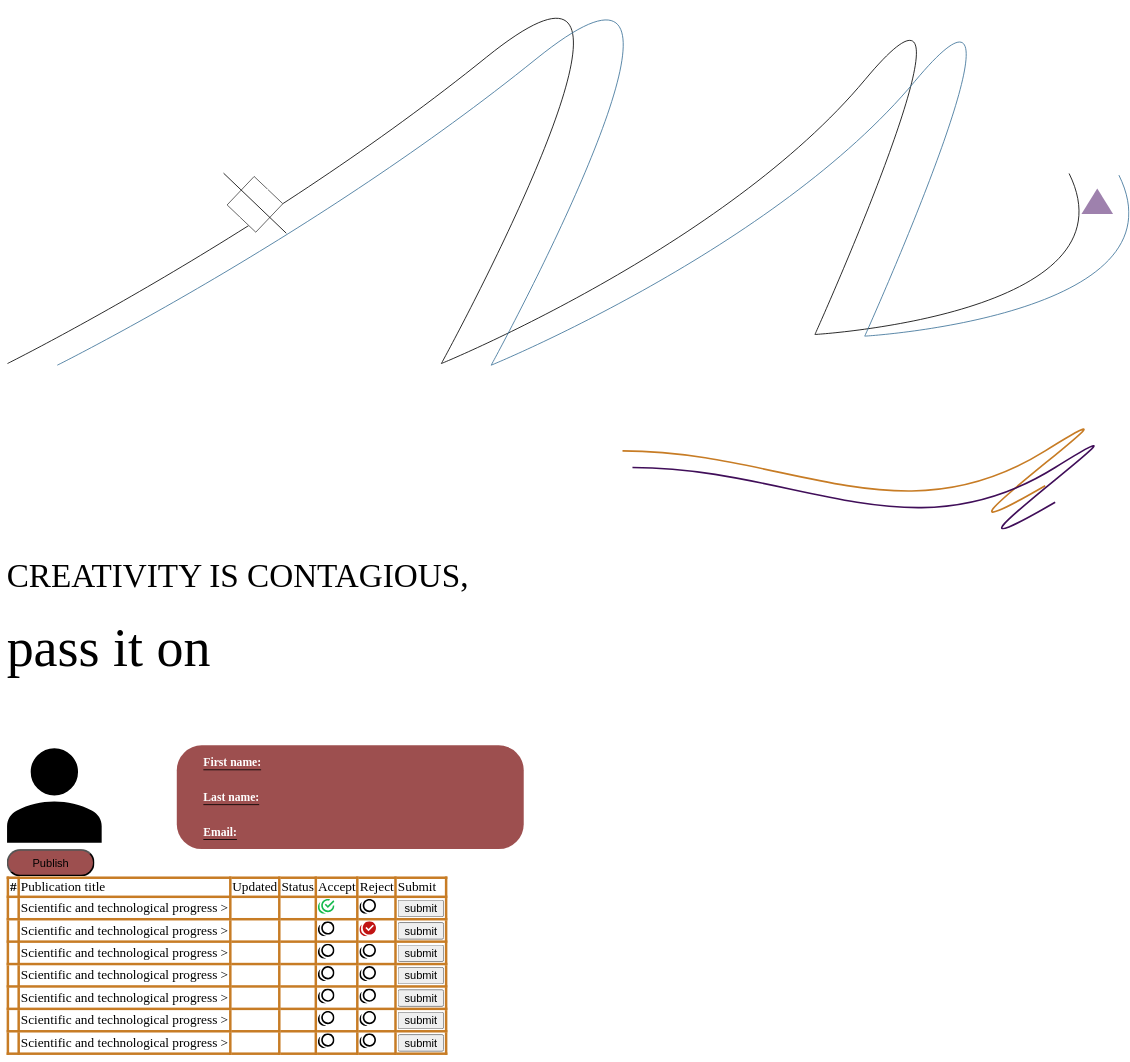
Repository: ceo-of-albeni/articles
Page: /
These files come from the project's save history. The page is drawn as it stood at one moment and after the next save; the edit follows.
The browser window is 1280 px wide. The page is 1361 px wide, so the pictures cover 1361 px, including what lies to the right of the window. The pictures show the whole page, at 83% of full size.
The project was rebuilt for these pictures with package versions that can differ from the ones it lists, and the page was loaded fresh each time.

Above is the page before, as saved 2023-05-14 22:33:58.

### public/index.html
<!DOCTYPE html>
<html lang="en">
  <head>
    <meta charset="UTF-8" />
    <meta http-equiv="X-UA-Compatible" content="IE=edge" />
    <meta name="viewport" content="width=device-width, initial-scale=1.0" />
    <link rel="icon" href="%PUBLIC_URL%/favicon.ico" />
    <title>Scientist's room</title>
  </head>
  <body>
    <div id="root"></div>
  </body>
</html>

### src/reviewer's profil/reveiwer.jsx
import "./reviewer.css";

export default function Reviewer() {
    return (
        <>
            <section className="reviewer_section container">
                <div className="bgi">
                    <svg width="1353" height="630" viewBox="0 0 1353 630" fill="none" xmlns="http://www.w3.org/2000/svg">
                        <path d="M742 535.27C940.883 535.27 1077.34 644.011 1251.27 535.27C1425.2 426.529 1042.09 698.385 1251.27 577.171" stroke="#C77C25" stroke-width="2"/>
                        <path d="M754 555.27C952.883 555.27 1089.34 664.011 1263.27 555.27C1437.2 446.529 1054.09 718.385 1263.27 597.171" stroke="#400E59" stroke-width="2"/>
                        <path d="M1 430C1 430 313.424 274.515 577.902 61.0347C842.38 -152.445 523.769 430 523.769 430C523.769 430 865.58 290.013 1034.17 88.0322C1202.75 -113.949 973.846 395.003 973.846 395.003C973.846 395.003 1364.38 371.505 1280.08 201.022" stroke="black"/>
                        <path d="M61 432C61 432 373.424 276.515 637.902 63.0347C902.38 -150.445 583.769 432 583.769 432C583.769 432 925.58 292.013 1094.17 90.0322C1262.75 -111.949 1033.85 397.003 1033.85 397.003C1033.85 397.003 1424.38 373.505 1340.08 203.022" stroke="#3B7197"/>
                        <path d="M1314 219L1333.05 249.75H1294.95L1314 219Z" fill="#9E81AD"/>
                        <rect x="298.204" y="203.912" width="48.6728" height="48.2995" transform="rotate(43.5521 298.204 203.912)" fill="white"/>
                        <rect x="298.221" y="204.619" width="47.6728" height="47.2995" transform="rotate(43.5521 298.221 204.619)" stroke="black" stroke-opacity="0.68"/>
                        <line x1="333.354" y1="201.354" x2="259.354" y2="275.354" stroke="white"/>
                        <line x1="261.346" y1="200.639" x2="336.951" y2="272.998" stroke="black"/>
                    </svg>
                </div>
                <div className="reviewer_thema">
                    <p className="upper ">CREATIVITY IS CONTAGIOUS,<p className="lower">pass it on</p></p>
                </div>
                <div className="reviewer_user">
                    <div className="user_logo">
                        <svg width="115" height="115" viewBox="0 0 115 115" fill="none" xmlns="http://www.w3.org/2000/svg">
                        <path d="M57.5 57.5C49.6625 57.5 42.9531 54.7094 37.3719 49.1281C31.7906 43.5469 29 36.8375 29 29C29 21.1625 31.7906 14.4531 37.3719 8.87188C42.9531 3.29063 49.6625 0.5 57.5 0.5C65.3375 0.5 72.0469 3.29063 77.6281 8.87188C83.2094 14.4531 86 21.1625 86 29C86 36.8375 83.2094 43.5469 77.6281 49.1281C72.0469 54.7094 65.3375 57.5 57.5 57.5ZM0.5 114.5V94.55C0.5 90.5125 1.54025 86.8004 3.62075 83.4136C5.70125 80.0269 8.461 77.4453 11.9 75.6688C19.2625 71.9875 26.7437 69.2254 34.3438 67.3824C41.9438 65.5394 49.6625 64.6202 57.5 64.625C65.3375 64.625 73.0563 65.5465 80.6562 67.3895C88.2562 69.2325 95.7375 71.9922 103.1 75.6688C106.544 77.45 109.306 80.034 111.386 83.4207C113.467 86.8075 114.505 90.5173 114.5 94.55V114.5H0.5Z" fill="black"/>
                        </svg>
                    </div>
                    <div className="user_data">
                        <p>First name:</p>
                        <p>Last name:</p>
                        <p>Email:</p>
                    </div>
                </div>
                <div className="button_publish">
                    <button>
                        Publish
                    </button>
                </div>
                <div className="table">
                    <table>
                        <tr>
                            <th>#</th>
                            <td>Publication title </td>
                            <td>Updated</td>
                            <td>Status</td>
                            <td>Accept</td>
                            <td>Reject</td>
                            <td>Submit</td>
                        </tr>
                        <tr>
                            <td></td>
                            <td>Scientific and technological progress &gt; </td>
                            <td></td>
                            <td></td>
                            <td>
                                <svg width="20" height="18" viewBox="0 0 20 18" fill="none" xmlns="http://www.w3.org/2000/svg">
                                    <path d="M12 0C9.87827 0 7.84344 0.842855 6.34315 2.34315C4.84285 3.84344 4 5.87827 4 8C4 10.1217 4.84285 12.1566 6.34315 13.6569C7.84344 15.1571 9.87827 16 12 16C14.1217 16 16.1566 15.1571 17.6569 13.6569C19.1571 12.1566 20 10.1217 20 8H18C18 11.32 15.32 14 12 14C10.4087 14 8.88258 13.3679 7.75736 12.2426C6.63214 11.1174 6 9.5913 6 8C6 6.4087 6.63214 4.88258 7.75736 3.75736C8.88258 2.63214 10.4087 2 12 2C12.43 2 12.86 2.05 13.27 2.14L14.88 0.54C13.96 0.18 13 0 12 0ZM18.59 1.58L12 8.17L9.62 5.79L8.21 7.21L12 11L20 3M2.93 3.82C2.01572 4.56996 1.27883 5.51305 0.772242 6.58156C0.265651 7.65006 0.00192585 8.81748 0 10C0 12.1217 0.842855 14.1566 2.34315 15.6569C3.84344 17.1571 5.87827 18 8 18C8.64 18 9.27 17.92 9.88 17.77C8.12 17.38 6.5 16.5 5.17 15.29C4.21237 14.7776 3.41174 14.015 2.85347 13.0834C2.2952 12.1517 2.00023 11.0861 2 10C2 9.7 2.03 9.41 2.07 9.11C2.03 8.74 2 8.37 2 8C2 6.56 2.32 5.13 2.93 3.82Z" fill="#16BA4E"/>
                                </svg>
                            </td>
                            <td>
                            <svg width="20" height="18" viewBox="0 0 20 18" fill="none" xmlns="http://www.w3.org/2000/svg">
                            <path d="M12 0C9.87827 0 7.84344 0.842855 6.34315 2.34315C4.84285 3.84344 4 5.87827 4 8C4 10.1217 4.84285 12.1566 6.34315 13.6569C7.84344 15.1571 9.87827 16 12 16C14.1217 16 16.1566 15.1571 17.6569 13.6569C19.1571 12.1566 20 10.1217 20 8C20 5.87827 19.1571 3.84344 17.6569 2.34315C16.1566 0.842855 14.1217 0 12 0ZM12 2C15.32 2 18 4.69 18 8C18 11.32 15.32 14 12 14C10.4087 14 8.88258 13.3679 7.75736 12.2426C6.63214 11.1174 6 9.5913 6 8C6 6.4087 6.63214 4.88258 7.75736 3.75736C8.88258 2.63214 10.4087 2 12 2ZM2.93 3.82C2.01572 4.56996 1.27883 5.51305 0.772242 6.58156C0.265651 7.65006 0.00192585 8.81748 0 10C0 12.1217 0.842855 14.1566 2.34315 15.6569C3.84344 17.1571 5.87827 18 8 18C8.64 18 9.27 17.92 9.88 17.77C8.12 17.38 6.5 16.5 5.17 15.29C4.21237 14.7776 3.41174 14.015 2.85347 13.0834C2.2952 12.1517 2.00023 11.0861 2 10C2 9.7 2.03 9.41 2.07 9.11C2.03 8.74 2 8.37 2 8C2 6.56 2.32 5.13 2.93 3.82Z" fill="black"/>
                            </svg>
                            </td>
                            <td><button>submit</button></td>
                        </tr>
                        <tr>
                            <td></td>
                            <td>Scientific and technological progress &gt;</td>
                            <td></td>
                            <td></td>
                            <td>
                                <svg width="20" height="18" viewBox="0 0 20 18" fill="none" xmlns="http://www.w3.org/2000/svg">
                                    <path d="M12 0C9.87827 0 7.84344 0.842855 6.34315 2.34315C4.84285 3.84344 4 5.87827 4 8C4 10.1217 4.84285 12.1566 6.34315 13.6569C7.84344 15.1571 9.87827 16 12 16C14.1217 16 16.1566 15.1571 17.6569 13.6569C19.1571 12.1566 20 10.1217 20 8C20 5.87827 19.1571 3.84344 17.6569 2.34315C16.1566 0.842855 14.1217 0 12 0ZM12 2C15.32 2 18 4.69 18 8C18 11.32 15.32 14 12 14C10.4087 14 8.88258 13.3679 7.75736 12.2426C6.63214 11.1174 6 9.5913 6 8C6 6.4087 6.63214 4.88258 7.75736 3.75736C8.88258 2.63214 10.4087 2 12 2ZM2.93 3.82C2.01572 4.56996 1.27883 5.51305 0.772242 6.58156C0.265651 7.65006 0.00192585 8.81748 0 10C0 12.1217 0.842855 14.1566 2.34315 15.6569C3.84344 17.1571 5.87827 18 8 18C8.64 18 9.27 17.92 9.88 17.77C8.12 17.38 6.5 16.5 5.17 15.29C4.21237 14.7776 3.41174 14.015 2.85347 13.0834C2.2952 12.1517 2.00023 11.0861 2 10C2 9.7 2.03 9.41 2.07 9.11C2.03 8.74 2 8.37 2 8C2 6.56 2.32 5.13 2.93 3.82Z" fill="black"/>
                                </svg>
                            </td>
                            <td>
                            <svg width="20" height="18" viewBox="0 0 20 18" fill="none" xmlns="http://www.w3.org/2000/svg">
                            <path d="M12 0C9.87827 0 7.84344 0.842855 6.34315 2.34315C4.84285 3.84344 4 5.87827 4 8C4 10.1217 4.84285 12.1566 6.34315 13.6569C7.84344 15.1571 9.87827 16 12 16C14.1217 16 16.1566 15.1571 17.6569 13.6569C19.1571 12.1566 20 10.1217 20 8C20 5.87827 19.1571 3.84344 17.6569 2.34315C16.1566 0.842855 14.1217 0 12 0ZM2.93 3.82C2.01572 4.56996 1.27883 5.51305 0.772242 6.58156C0.265651 7.65006 0.00192585 8.81748 0 10C0 12.1217 0.842855 14.1566 2.34315 15.6569C3.84344 17.1571 5.87827 18 8 18C8.64 18 9.27 17.92 9.88 17.77C8.12 17.38 6.5 16.5 5.17 15.29C4.21237 14.7776 3.41174 14.015 2.85347 13.0834C2.2952 12.1517 2.00023 11.0861 2 10C2 9.7 2.03 9.41 2.07 9.11C2.03 8.74 2 8.37 2 8C2 6.56 2.32 5.13 2.93 3.82ZM16.09 4.08L17.5 5.5L11 12L7.21 8.21L8.63 6.79L11 9.17" fill="#C11414"/>
                            </svg>
                            </td>
                            <td><button>submit</button></td>
                        </tr>
                        <tr>
                            <td></td>
                            <td>Scientific and technological progress &gt;</td>
                            <td></td>
                            <td></td>
                            <td>
                                <svg width="20" height="18" viewBox="0 0 20 18" fill="none" xmlns="http://www.w3.org/2000/svg">
                                <path d="M12 0C9.87827 0 7.84344 0.842855 6.34315 2.34315C4.84285 3.84344 4 5.87827 4 8C4 10.1217 4.84285 12.1566 6.34315 13.6569C7.84344 15.1571 9.87827 16 12 16C14.1217 16 16.1566 15.1571 17.6569 13.6569C19.1571 12.1566 20 10.1217 20 8C20 5.87827 19.1571 3.84344 17.6569 2.34315C16.1566 0.842855 14.1217 0 12 0ZM12 2C15.32 2 18 4.69 18 8C18 11.32 15.32 14 12 14C10.4087 14 8.88258 13.3679 7.75736 12.2426C6.63214 11.1174 6 9.5913 6 8C6 6.4087 6.63214 4.88258 7.75736 3.75736C8.88258 2.63214 10.4087 2 12 2ZM2.93 3.82C2.01572 4.56996 1.27883 5.51305 0.772242 6.58156C0.265651 7.65006 0.00192585 8.81748 0 10C0 12.1217 0.842855 14.1566 2.34315 15.6569C3.84344 17.1571 5.87827 18 8 18C8.64 18 9.27 17.92 9.88 17.77C8.12 17.38 6.5 16.5 5.17 15.29C4.21237 14.7776 3.41174 14.015 2.85347 13.0834C2.2952 12.1517 2.00023 11.0861 2 10C2 9.7 2.03 9.41 2.07 9.11C2.03 8.74 2 8.37 2 8C2 6.56 2.32 5.13 2.93 3.82Z" fill="black"/>
                                </svg>
                            </td>
                            <td>
                            <svg width="20" height="18" viewBox="0 0 20 18" fill="none" xmlns="http://www.w3.org/2000/svg">
                            <path d="M12 0C9.87827 0 7.84344 0.842855 6.34315 2.34315C4.84285 3.84344 4 5.87827 4 8C4 10.1217 4.84285 12.1566 6.34315 13.6569C7.84344 15.1571 9.87827 16 12 16C14.1217 16 16.1566 15.1571 17.6569 13.6569C19.1571 12.1566 20 10.1217 20 8C20 5.87827 19.1571 3.84344 17.6569 2.34315C16.1566 0.842855 14.1217 0 12 0ZM12 2C15.32 2 18 4.69 18 8C18 11.32 15.32 14 12 14C10.4087 14 8.88258 13.3679 7.75736 12.2426C6.63214 11.1174 6 9.5913 6 8C6 6.4087 6.63214 4.88258 7.75736 3.75736C8.88258 2.63214 10.4087 2 12 2ZM2.93 3.82C2.01572 4.56996 1.27883 5.51305 0.772242 6.58156C0.265651 7.65006 0.00192585 8.81748 0 10C0 12.1217 0.842855 14.1566 2.34315 15.6569C3.84344 17.1571 5.87827 18 8 18C8.64 18 9.27 17.92 9.88 17.77C8.12 17.38 6.5 16.5 5.17 15.29C4.21237 14.7776 3.41174 14.015 2.85347 13.0834C2.2952 12.1517 2.00023 11.0861 2 10C2 9.7 2.03 9.41 2.07 9.11C2.03 8.74 2 8.37 2 8C2 6.56 2.32 5.13 2.93 3.82Z" fill="black"/>
                            </svg>
                            </td>
                            <td><button>submit</button></td>
                        </tr>
                        <tr>
                            <td></td>
                            <td>Scientific and technological progress &gt;</td>
                            <td></td>
                            <td></td>
                            <td>
                            <svg width="20" height="18" viewBox="0 0 20 18" fill="none" xmlns="http://www.w3.org/2000/svg">
                            <path d="M12 0C9.87827 0 7.84344 0.842855 6.34315 2.34315C4.84285 3.84344 4 5.87827 4 8C4 10.1217 4.84285 12.1566 6.34315 13.6569C7.84344 15.1571 9.87827 16 12 16C14.1217 16 16.1566 15.1571 17.6569 13.6569C19.1571 12.1566 20 10.1217 20 8C20 5.87827 19.1571 3.84344 17.6569 2.34315C16.1566 0.842855 14.1217 0 12 0ZM12 2C15.32 2 18 4.69 18 8C18 11.32 15.32 14 12 14C10.4087 14 8.88258 13.3679 7.75736 12.2426C6.63214 11.1174 6 9.5913 6 8C6 6.4087 6.63214 4.88258 7.75736 3.75736C8.88258 2.63214 10.4087 2 12 2ZM2.93 3.82C2.01572 4.56996 1.27883 5.51305 0.772242 6.58156C0.265651 7.65006 0.00192585 8.81748 0 10C0 12.1217 0.842855 14.1566 2.34315 15.6569C3.84344 17.1571 5.87827 18 8 18C8.64 18 9.27 17.92 9.88 17.77C8.12 17.38 6.5 16.5 5.17 15.29C4.21237 14.7776 3.41174 14.015 2.85347 13.0834C2.2952 12.1517 2.00023 11.0861 2 10C2 9.7 2.03 9.41 2.07 9.11C2.03 8.74 2 8.37 2 8C2 6.56 2.32 5.13 2.93 3.82Z" fill="black"/>
                            </svg>
                            </td>
                            <td>
                            <svg width="20" height="18" viewBox="0 0 20 18" fill="none" xmlns="http://www.w3.org/2000/svg">
                            <path d="M12 0C9.87827 0 7.84344 0.842855 6.34315 2.34315C4.84285 3.84344 4 5.87827 4 8C4 10.1217 4.84285 12.1566 6.34315 13.6569C7.84344 15.1571 9.87827 16 12 16C14.1217 16 16.1566 15.1571 17.6569 13.6569C19.1571 12.1566 20 10.1217 20 8C20 5.87827 19.1571 3.84344 17.6569 2.34315C16.1566 0.842855 14.1217 0 12 0ZM12 2C15.32 2 18 4.69 18 8C18 11.32 15.32 14 12 14C10.4087 14 8.88258 13.3679 7.75736 12.2426C6.63214 11.1174 6 9.5913 6 8C6 6.4087 6.63214 4.88258 7.75736 3.75736C8.88258 2.63214 10.4087 2 12 2ZM2.93 3.82C2.01572 4.56996 1.27883 5.51305 0.772242 6.58156C0.265651 7.65006 0.00192585 8.81748 0 10C0 12.1217 0.842855 14.1566 2.34315 15.6569C3.84344 17.1571 5.87827 18 8 18C8.64 18 9.27 17.92 9.88 17.77C8.12 17.38 6.5 16.5 5.17 15.29C4.21237 14.7776 3.41174 14.015 2.85347 13.0834C2.2952 12.1517 2.00023 11.0861 2 10C2 9.7 2.03 9.41 2.07 9.11C2.03 8.74 2 8.37 2 8C2 6.56 2.32 5.13 2.93 3.82Z" fill="black"/>
                            </svg>
                            </td>
                            <td><button>submit</button></td>
                        </tr>
                        <tr>
                            <td></td>
                            <td>Scientific and technological progress &gt;</td>
                            <td></td>
                            <td></td>
                            <td>
                            <svg width="20" height="18" viewBox="0 0 20 18" fill="none" xmlns="http://www.w3.org/2000/svg">
                            <path d="M12 0C9.87827 0 7.84344 0.842855 6.34315 2.34315C4.84285 3.84344 4 5.87827 4 8C4 10.1217 4.84285 12.1566 6.34315 13.6569C7.84344 15.1571 9.87827 16 12 16C14.1217 16 16.1566 15.1571 17.6569 13.6569C19.1571 12.1566 20 10.1217 20 8C20 5.87827 19.1571 3.84344 17.6569 2.34315C16.1566 0.842855 14.1217 0 12 0ZM12 2C15.32 2 18 4.69 18 8C18 11.32 15.32 14 12 14C10.4087 14 8.88258 13.3679 7.75736 12.2426C6.63214 11.1174 6 9.5913 6 8C6 6.4087 6.63214 4.88258 7.75736 3.75736C8.88258 2.63214 10.4087 2 12 2ZM2.93 3.82C2.01572 4.56996 1.27883 5.51305 0.772242 6.58156C0.265651 7.65006 0.00192585 8.81748 0 10C0 12.1217 0.842855 14.1566 2.34315 15.6569C3.84344 17.1571 5.87827 18 8 18C8.64 18 9.27 17.92 9.88 17.77C8.12 17.38 6.5 16.5 5.17 15.29C4.21237 14.7776 3.41174 14.015 2.85347 13.0834C2.2952 12.1517 2.00023 11.0861 2 10C2 9.7 2.03 9.41 2.07 9.11C2.03 8.74 2 8.37 2 8C2 6.56 2.32 5.13 2.93 3.82Z" fill="black"/>
                            </svg>
                            </td>
                            <td>
                            <svg width="20" height="18" viewBox="0 0 20 18" fill="none" xmlns="http://www.w3.org/2000/svg">
                            <path d="M12 0C9.87827 0 7.84344 0.842855 6.34315 2.34315C4.84285 3.84344 4 5.87827 4 8C4 10.1217 4.84285 12.1566 6.34315 13.6569C7.84344 15.1571 9.87827 16 12 16C14.1217 16 16.1566 15.1571 17.6569 13.6569C19.1571 12.1566 20 10.1217 20 8C20 5.87827 19.1571 3.84344 17.6569 2.34315C16.1566 0.842855 14.1217 0 12 0ZM12 2C15.32 2 18 4.69 18 8C18 11.32 15.32 14 12 14C10.4087 14 8.88258 13.3679 7.75736 12.2426C6.63214 11.1174 6 9.5913 6 8C6 6.4087 6.63214 4.88258 7.75736 3.75736C8.88258 2.63214 10.4087 2 12 2ZM2.93 3.82C2.01572 4.56996 1.27883 5.51305 0.772242 6.58156C0.265651 7.65006 0.00192585 8.81748 0 10C0 12.1217 0.842855 14.1566 2.34315 15.6569C3.84344 17.1571 5.87827 18 8 18C8.64 18 9.27 17.92 9.88 17.77C8.12 17.38 6.5 16.5 5.17 15.29C4.21237 14.7776 3.41174 14.015 2.85347 13.0834C2.2952 12.1517 2.00023 11.0861 2 10C2 9.7 2.03 9.41 2.07 9.11C2.03 8.74 2 8.37 2 8C2 6.56 2.32 5.13 2.93 3.82Z" fill="black"/>
                            </svg>
                            </td>
                            <td><button>submit</button></td>
                        </tr>
                        <tr>
                            <td></td>
                            <td>Scientific and technological progress &gt;</td>
                            <td></td>
                            <td></td>
                            <td>
                            <svg width="20" height="18" viewBox="0 0 20 18" fill="none" xmlns="http://www.w3.org/2000/svg">
                            <path d="M12 0C9.87827 0 7.84344 0.842855 6.34315 2.34315C4.84285 3.84344 4 5.87827 4 8C4 10.1217 4.84285 12.1566 6.34315 13.6569C7.84344 15.1571 9.87827 16 12 16C14.1217 16 16.1566 15.1571 17.6569 13.6569C19.1571 12.1566 20 10.1217 20 8C20 5.87827 19.1571 3.84344 17.6569 2.34315C16.1566 0.842855 14.1217 0 12 0ZM12 2C15.32 2 18 4.69 18 8C18 11.32 15.32 14 12 14C10.4087 14 8.88258 13.3679 7.75736 12.2426C6.63214 11.1174 6 9.5913 6 8C6 6.4087 6.63214 4.88258 7.75736 3.75736C8.88258 2.63214 10.4087 2 12 2ZM2.93 3.82C2.01572 4.56996 1.27883 5.51305 0.772242 6.58156C0.265651 7.65006 0.00192585 8.81748 0 10C0 12.1217 0.842855 14.1566 2.34315 15.6569C3.84344 17.1571 5.87827 18 8 18C8.64 18 9.27 17.92 9.88 17.77C8.12 17.38 6.5 16.5 5.17 15.29C4.21237 14.7776 3.41174 14.015 2.85347 13.0834C2.2952 12.1517 2.00023 11.0861 2 10C2 9.7 2.03 9.41 2.07 9.11C2.03 8.74 2 8.37 2 8C2 6.56 2.32 5.13 2.93 3.82Z" fill="black"/>
                            </svg>
                            </td>
                            <td><svg width="20" height="18" viewBox="0 0 20 18" fill="none" xmlns="http://www.w3.org/2000/svg">
                            <path d="M12 0C9.87827 0 7.84344 0.842855 6.34315 2.34315C4.84285 3.84344 4 5.87827 4 8C4 10.1217 4.84285 12.1566 6.34315 13.6569C7.84344 15.1571 9.87827 16 12 16C14.1217 16 16.1566 15.1571 17.6569 13.6569C19.1571 12.1566 20 10.1217 20 8C20 5.87827 19.1571 3.84344 17.6569 2.34315C16.1566 0.842855 14.1217 0 12 0ZM12 2C15.32 2 18 4.69 18 8C18 11.32 15.32 14 12 14C10.4087 14 8.88258 13.3679 7.75736 12.2426C6.63214 11.1174 6 9.5913 6 8C6 6.4087 6.63214 4.88258 7.75736 3.75736C8.88258 2.63214 10.4087 2 12 2ZM2.93 3.82C2.01572 4.56996 1.27883 5.51305 0.772242 6.58156C0.265651 7.65006 0.00192585 8.81748 0 10C0 12.1217 0.842855 14.1566 2.34315 15.6569C3.84344 17.1571 5.87827 18 8 18C8.64 18 9.27 17.92 9.88 17.77C8.12 17.38 6.5 16.5 5.17 15.29C4.21237 14.7776 3.41174 14.015 2.85347 13.0834C2.2952 12.1517 2.00023 11.0861 2 10C2 9.7 2.03 9.41 2.07 9.11C2.03 8.74 2 8.37 2 8C2 6.56 2.32 5.13 2.93 3.82Z" fill="black"/>
                            </svg></td>
                            <td><button>submit</button></td>
                        </tr>
                        <tr>
                            <td></td>
                            <td>Scientific and technological progress &gt;</td>
                            <td></td>
                            <td></td>
                            <td>
                            <svg width="20" height="18" viewBox="0 0 20 18" fill="none" xmlns="http://www.w3.org/2000/svg">
                            <path d="M12 0C9.87827 0 7.84344 0.842855 6.34315 2.34315C4.84285 3.84344 4 5.87827 4 8C4 10.1217 4.84285 12.1566 6.34315 13.6569C7.84344 15.1571 9.87827 16 12 16C14.1217 16 16.1566 15.1571 17.6569 13.6569C19.1571 12.1566 20 10.1217 20 8C20 5.87827 19.1571 3.84344 17.6569 2.34315C16.1566 0.842855 14.1217 0 12 0ZM12 2C15.32 2 18 4.69 18 8C18 11.32 15.32 14 12 14C10.4087 14 8.88258 13.3679 7.75736 12.2426C6.63214 11.1174 6 9.5913 6 8C6 6.4087 6.63214 4.88258 7.75736 3.75736C8.88258 2.63214 10.4087 2 12 2ZM2.93 3.82C2.01572 4.56996 1.27883 5.51305 0.772242 6.58156C0.265651 7.65006 0.00192585 8.81748 0 10C0 12.1217 0.842855 14.1566 2.34315 15.6569C3.84344 17.1571 5.87827 18 8 18C8.64 18 9.27 17.92 9.88 17.77C8.12 17.38 6.5 16.5 5.17 15.29C4.21237 14.7776 3.41174 14.015 2.85347 13.0834C2.2952 12.1517 2.00023 11.0861 2 10C2 9.7 2.03 9.41 2.07 9.11C2.03 8.74 2 8.37 2 8C2 6.56 2.32 5.13 2.93 3.82Z" fill="black"/>
                            </svg>
                            </td>
                            <td>
                            <svg width="20" height="18" viewBox="0 0 20 18" fill="none" xmlns="http://www.w3.org/2000/svg">
                            <path d="M12 0C9.87827 0 7.84344 0.842855 6.34315 2.34315C4.84285 3.84344 4 5.87827 4 8C4 10.1217 4.84285 12.1566 6.34315 13.6569C7.84344 15.1571 9.87827 16 12 16C14.1217 16 16.1566 15.1571 17.6569 13.6569C19.1571 12.1566 20 10.1217 20 8C20 5.87827 19.1571 3.84344 17.6569 2.34315C16.1566 0.842855 14.1217 0 12 0ZM12 2C15.32 2 18 4.69 18 8C18 11.32 15.32 14 12 14C10.4087 14 8.88258 13.3679 7.75736 12.2426C6.63214 11.1174 6 9.5913 6 8C6 6.4087 6.63214 4.88258 7.75736 3.75736C8.88258 2.63214 10.4087 2 12 2ZM2.93 3.82C2.01572 4.56996 1.27883 5.51305 0.772242 6.58156C0.265651 7.65006 0.00192585 8.81748 0 10C0 12.1217 0.842855 14.1566 2.34315 15.6569C3.84344 17.1571 5.87827 18 8 18C8.64 18 9.27 17.92 9.88 17.77C8.12 17.38 6.5 16.5 5.17 15.29C4.21237 14.7776 3.41174 14.015 2.85347 13.0834C2.2952 12.1517 2.00023 11.0861 2 10C2 9.7 2.03 9.41 2.07 9.11C2.03 8.74 2 8.37 2 8C2 6.56 2.32 5.13 2.93 3.82Z" fill="black"/>
                            </svg>
                            </td>
                            <td><button>submit</button></td>
                        </tr>
                    </table>
                </div>
            </section>
        </>
    )
}

Loaded but not shown: src/index.js (common file); src/App.js (14 lines, source omitted); src/reviewer's profil/reviewer.css (75 lines, source omitted)

After the next save:
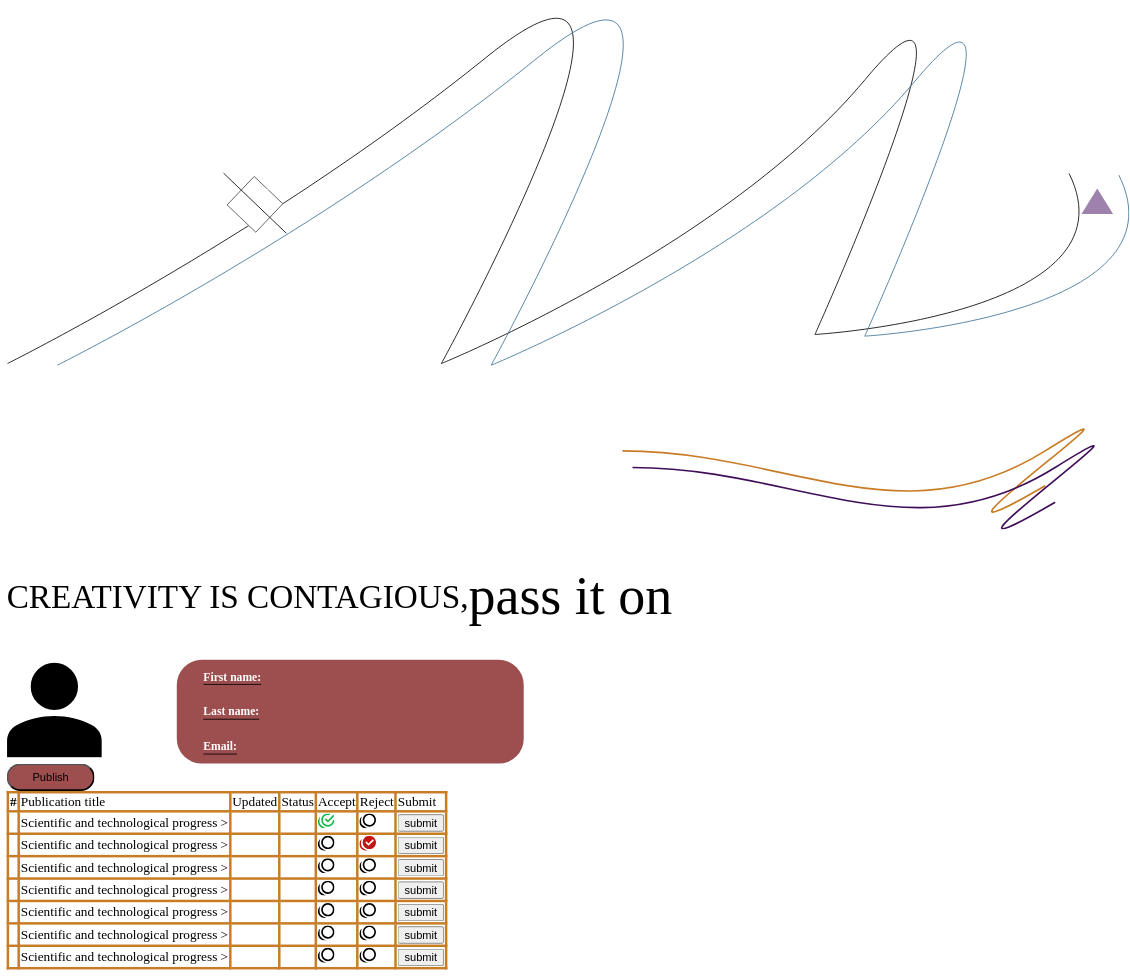
Saved 9 s later.
--- a/src/reviewer's profil/reveiwer.jsx
+++ b/src/reviewer's profil/reveiwer.jsx
@@ -18,7 +18,7 @@ export default function Reviewer() {
                     </svg>
                 </div>
                 <div className="reviewer_thema">
-                    <p className="upper ">CREATIVITY IS CONTAGIOUS,<p className="lower">pass it on</p></p>
+                    <p className="upper ">CREATIVITY IS CONTAGIOUS,</p> <p className="lower">pass it on</p>
                 </div>
                 <div className="reviewer_user">
                     <div className="user_logo">
